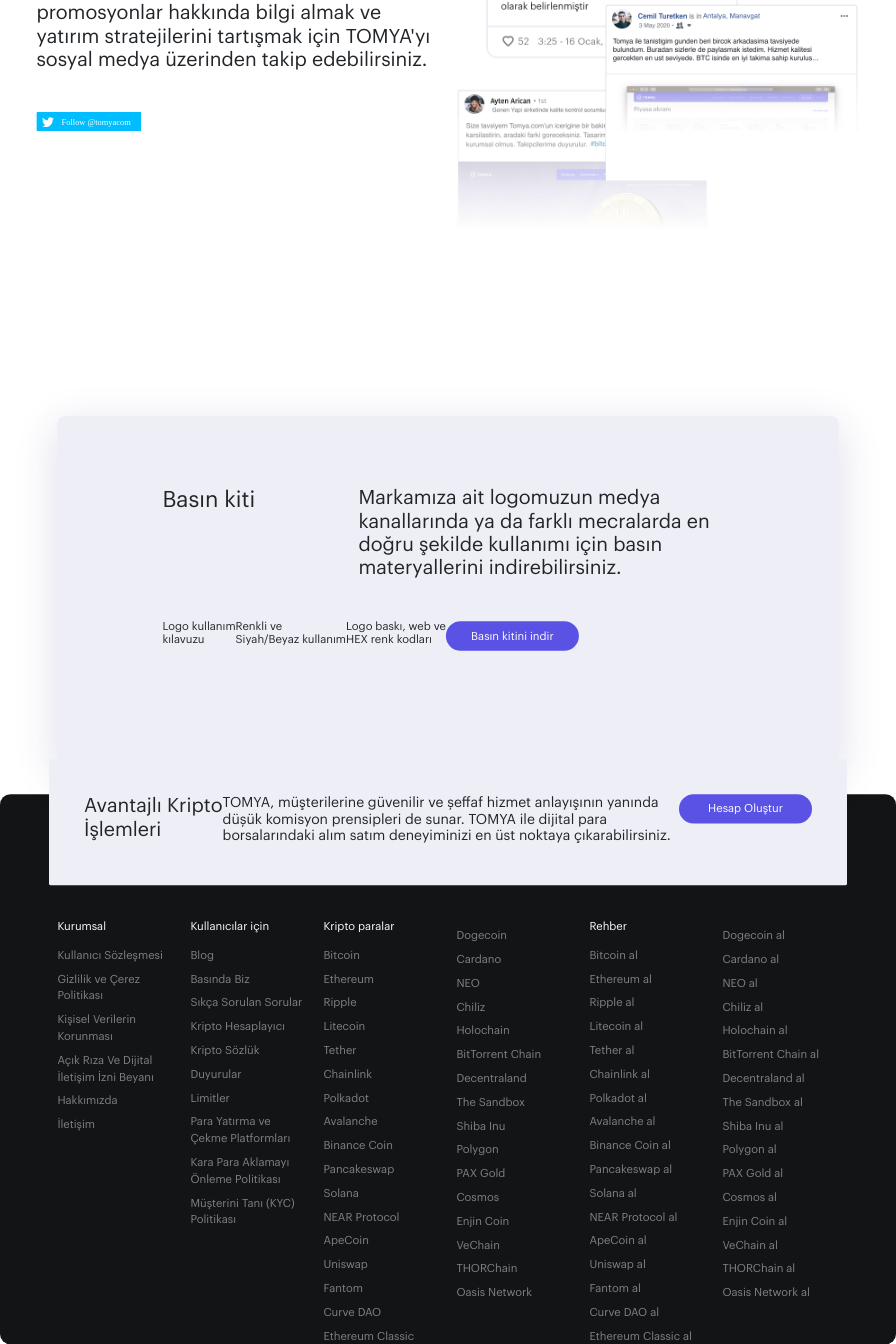
Repository: ezgibayrakli/TomyaProje
Page: index copy.html
These files come from the project's save history. The page is drawn as it stood at one moment and after the next save; the edit follows.
The browser window is 1280 px wide. The pictures show the part of the page from y = 2792 to 4712 px (the page is 4712 px tall), at 70% of full size.
Some web fonts or font styles are not loaded; a fallback is used.

Above is the page before, as saved 2023-07-07 12:17:09.

After the next save:
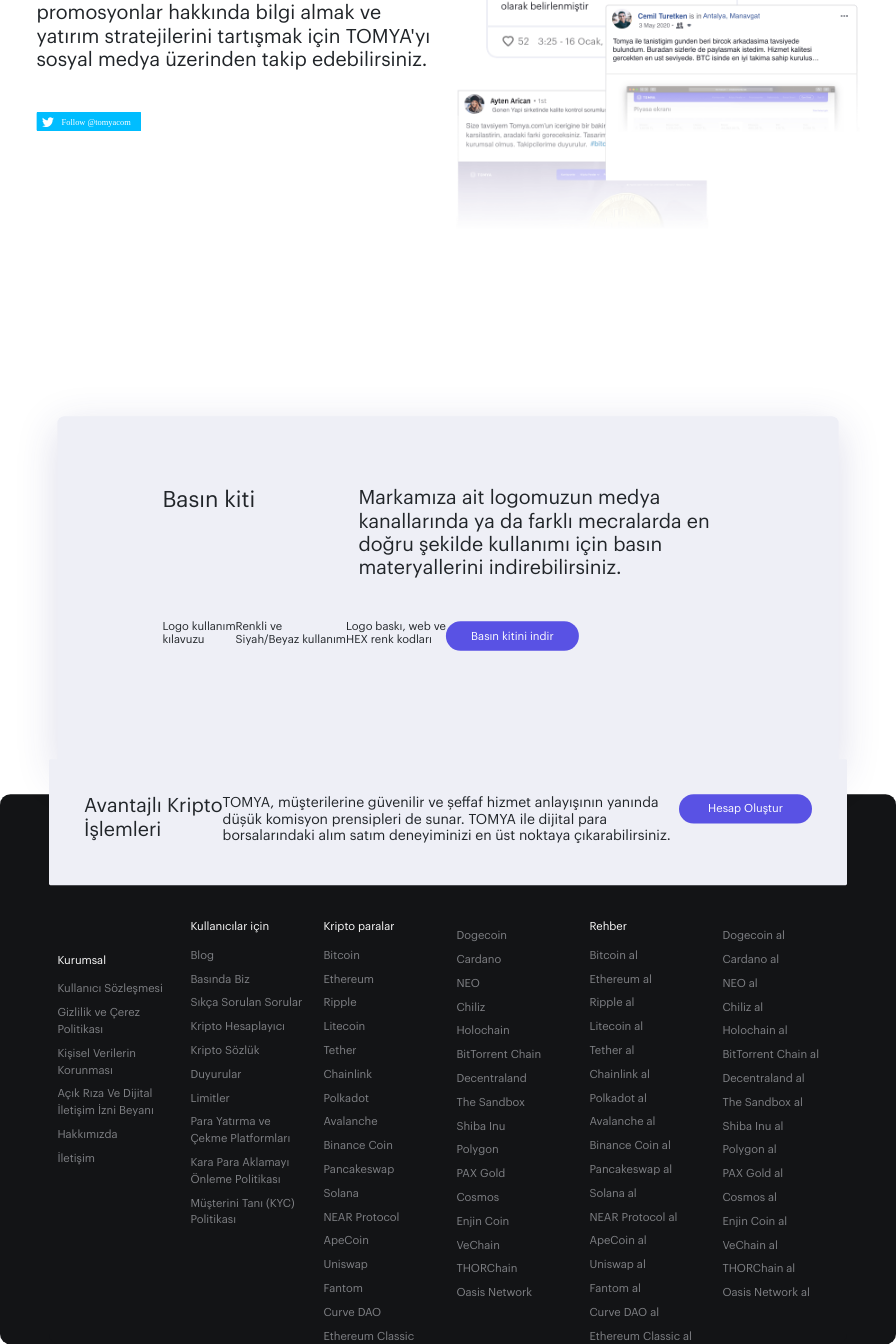
Saved 22 min 19 s later.
--- a/index copy.html
+++ b/index copy.html
@@ -209,7 +209,7 @@
             <footer class="footer-two footer">
                 <div class="container">
                     <div class="row item">
-                        <div class="col-md-2 items" style="margin-top: 140px;">
+                        <div class="col-md-2 items pt-5" style="margin-top: 140px;">
                             <h6>Kurumsal</h6>
                             <ul >
                                 <li><a href="#">Kullanıcı Sözleşmesi</a></li>
